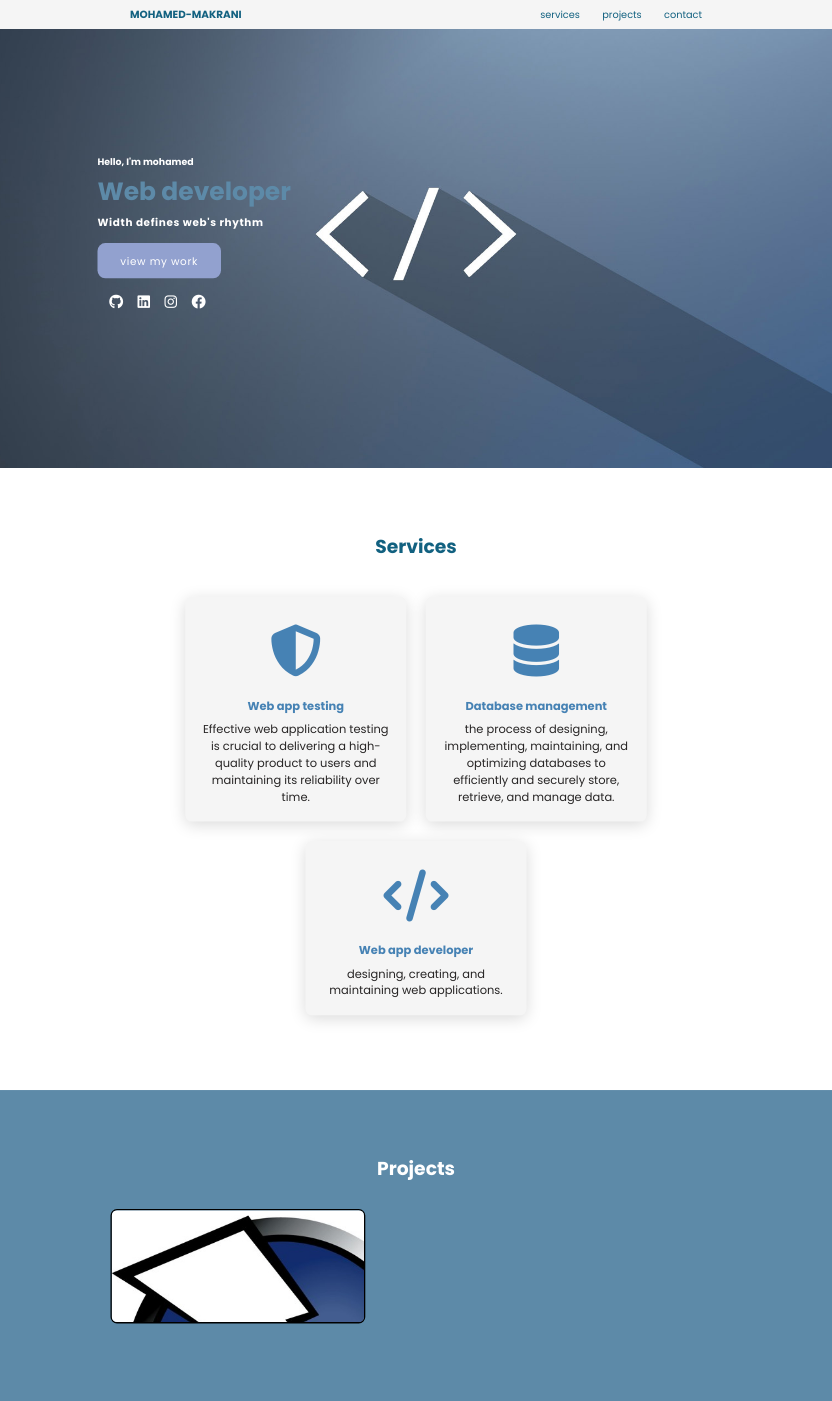
Repository: mohamed-makrani/Portfolio
Page: indixe.html
The author's editor kept a copy of each file at every save. The page is drawn from the files as they stood at one save, then again after the next save.
The browser window is 1280 px wide. The pictures show the whole page, at 65% of full size.
Backgrounds fixed to the window are drawn as part of the page.

Above is the page before, as saved 2023-09-17 11:35:09.

After the next save:
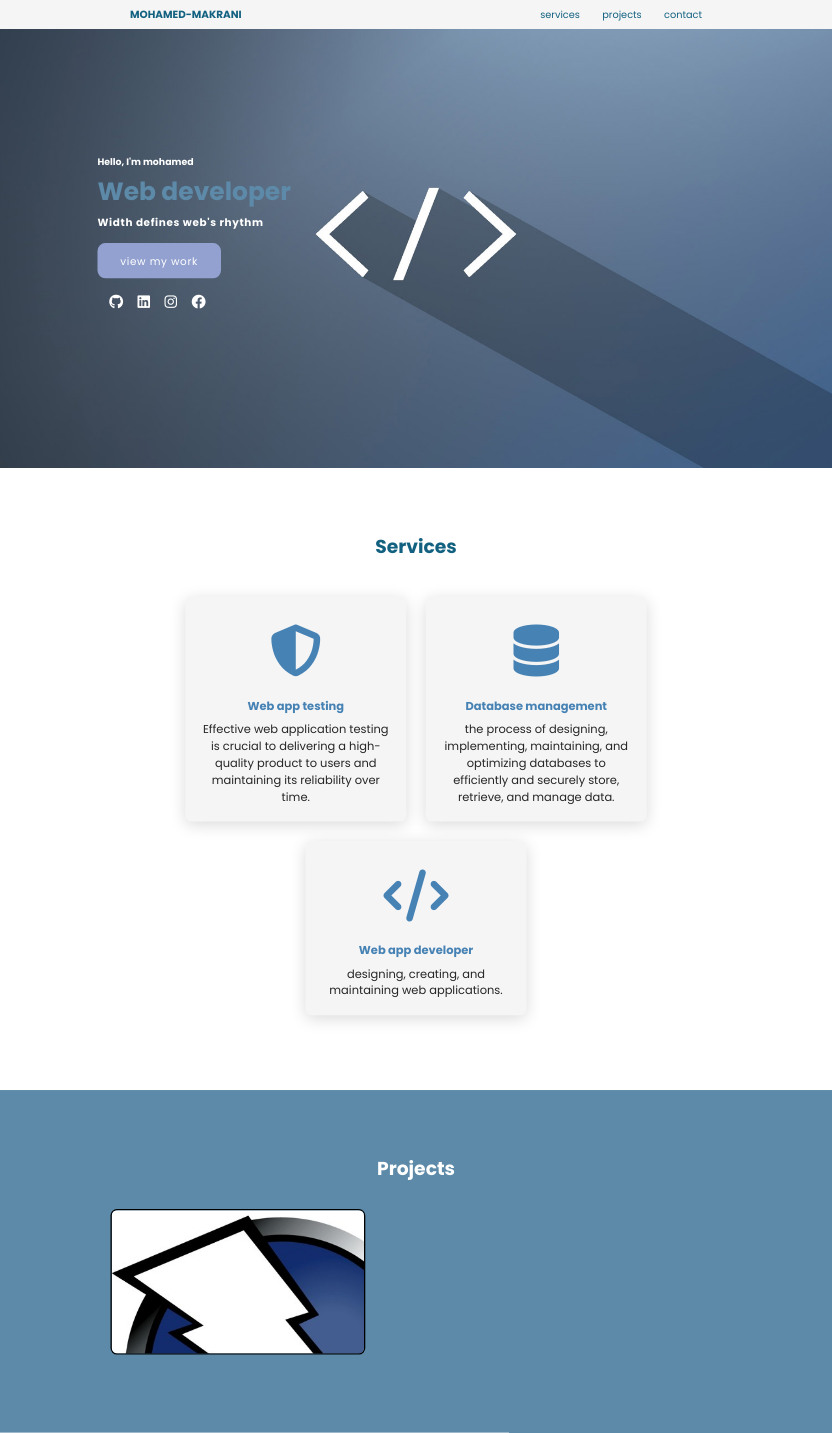
Saved 14 s later.
--- a/style.css
+++ b/style.css
@@ -183,7 +183,7 @@ transition: 0.7s ease;
 
    background-color: white;
    border: 2px solid black;
-   height: 11em;
+   height: 14em;
    width: 40%;
    overflow: hidden;
    border-radius: 10px;
